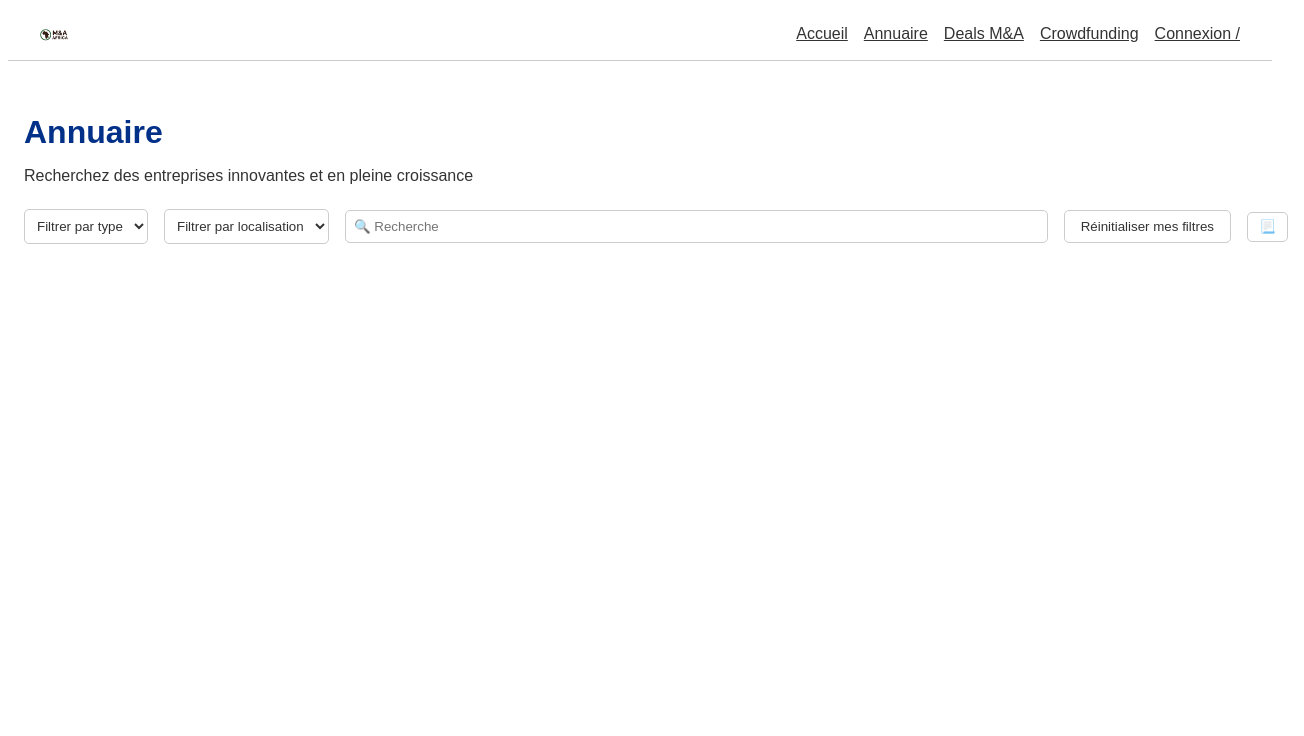
Repository: MFredy25/africa-fusion
Page: /annuaire
The author's editor kept a copy of each file at every save. The page is drawn from the files as they stood at one save, then again after the next save.
The browser window is 1280 px wide. The page is 1304 px wide, then 1292 px, so the pictures cover 1304 px, including what lies to the right of the window. The pictures show the whole page.
The page's requests for data from a server got no answer. The project was rebuilt for these pictures with package versions that can differ from the ones it lists, and the page was loaded fresh each time. The framework's server and built-in components were replaced by stand-ins that run in the browser. No one was signed in, and anything a server would have sent is missing. Also part of the build but not shown: next.config.js, next.config.ts.

Above is the page before, as saved 2025-06-15 11:58:25.

After the next save:
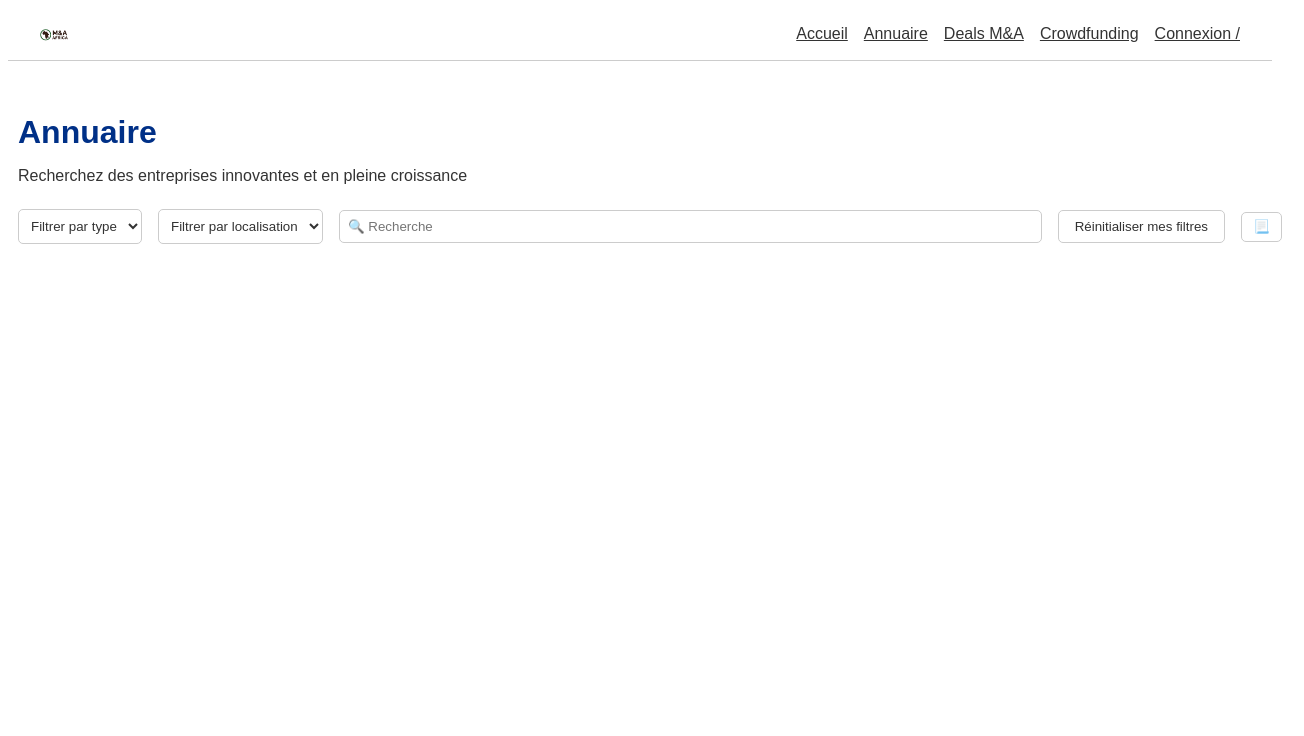
Saved 2 min 43 s later.
--- a/src/app/annuaire/page.tsx
+++ b/src/app/annuaire/page.tsx
@@ -173,8 +173,8 @@ export default function Annuaire() {
       <main
         style={{
           flex: '1 0 auto',
-          padding: '2rem 1rem',
-          width: '100%',            // ← pleine largeur
+          padding: '2rem 10px',  // ← 10 px à gauche et à droite
+          width: '100%',
         }}
       >
         <h1 style={{ fontSize: '2rem', marginBottom: '0.5rem', color: '#003087' }}>
